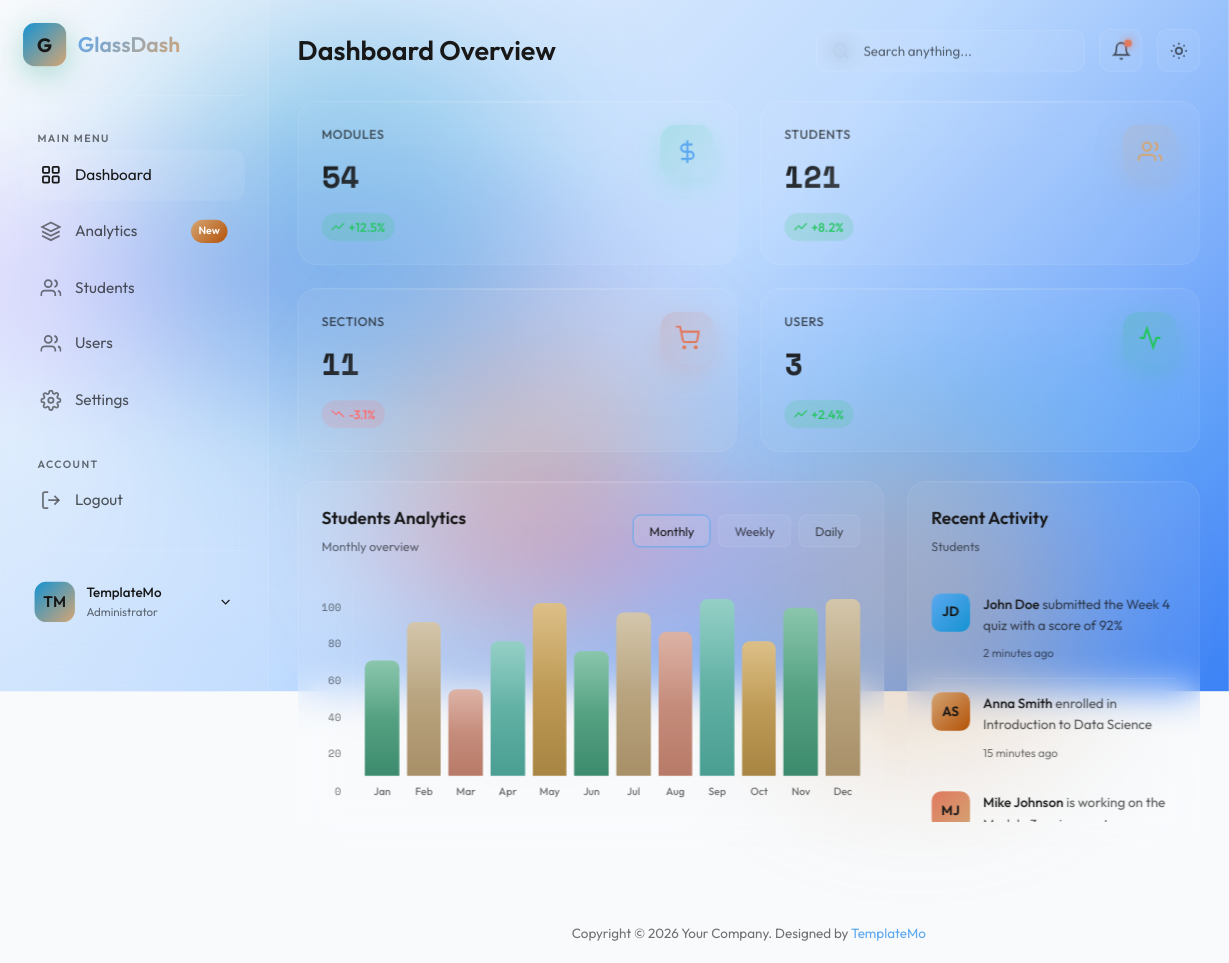
Repository: JetSpy-404/Storyboarding
Page: index.html
The author's editor kept a copy of each file at every save. The page is drawn from the files as they stood at one save, then again after the next save.
The browser window is 1280 px wide. The pictures show the whole page, at 96% of full size.

Above is the page before, as saved 2026-03-30 08:12:55.

After the next save:
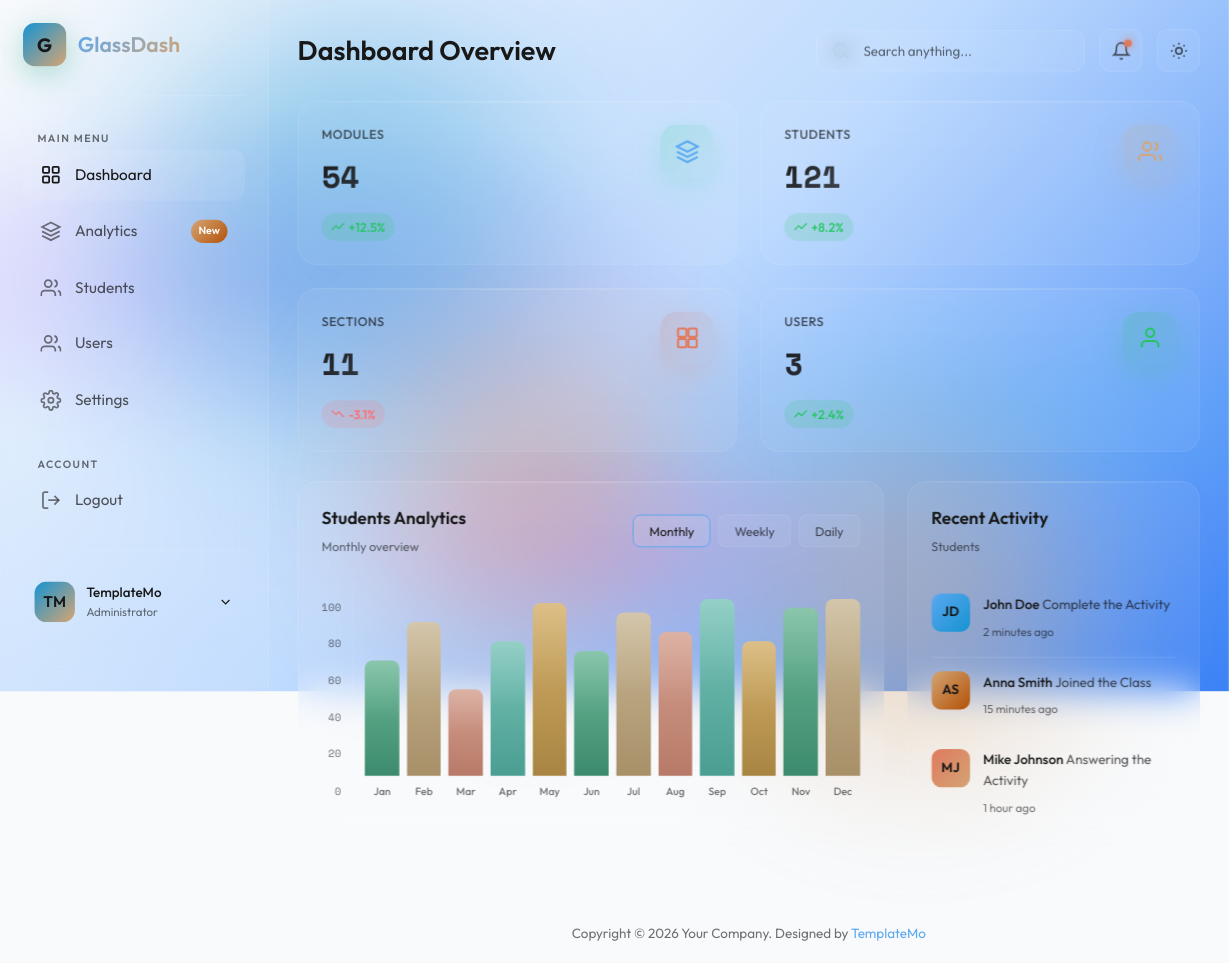
Saved 2 min 37 s later.
--- a/index.html
+++ b/index.html
@@ -170,7 +170,9 @@ https://templatemo.com/tm-607-glass-admin
                         </div>
                         <div class="stat-icon cyan">
                             <svg viewBox="0 0 24 24" fill="none" stroke="var(--emerald-light)" stroke-width="2">
-                                <line x1="12" y1="1" x2="12" y2="23"/><path d="M17 5H9.5a3.5 3.5 0 0 0 0 7h5a3.5 3.5 0 0 1 0 7H6"/>
+                                <polygon points="12 2 2 7 12 12 22 7 12 2"/>
+                                <polyline points="2 17 12 22 22 17"/>
+                                <polyline points="2 12 12 17 22 12"/>
                             </svg>
                         </div>
                     </div>
@@ -188,8 +190,10 @@ https://templatemo.com/tm-607-glass-admin
                         </div>
                         <div class="stat-icon magenta">
                             <svg viewBox="0 0 24 24" fill="none" stroke="var(--gold)" stroke-width="2">
-                                <path d="M17 21v-2a4 4 0 0 0-4-4H5a4 4 0 0 0-4 4v2"/><circle cx="9" cy="7" r="4"/>
-                                <path d="M23 21v-2a4 4 0 0 0-3-3.87"/><path d="M16 3.13a4 4 0 0 1 0 7.75"/>
+                                <path d="M17 21v-2a4 4 0 0 0-4-4H5a4 4 0 0 0-4 4v2"/>
+                                <circle cx="9" cy="7" r="4"/>
+                                <path d="M23 21v-2a4 4 0 0 0-3-3.87"/>
+                                <path d="M16 3.13a4 4 0 0 1 0 7.75"/>
                             </svg>
                         </div>
                     </div>
@@ -207,8 +211,10 @@ https://templatemo.com/tm-607-glass-admin
                         </div>
                         <div class="stat-icon purple">
                             <svg viewBox="0 0 24 24" fill="none" stroke="var(--coral)" stroke-width="2">
-                                <circle cx="9" cy="21" r="1"/><circle cx="20" cy="21" r="1"/>
-                                <path d="M1 1h4l2.68 13.39a2 2 0 0 0 2 1.61h9.72a2 2 0 0 0 2-1.61L23 6H6"/>
+                                <rect x="3" y="3" width="8" height="8" rx="1"/>
+                                <rect x="13" y="3" width="8" height="8" rx="1"/>
+                                <rect x="3" y="13" width="8" height="8" rx="1"/>
+                                <rect x="13" y="13" width="8" height="8" rx="1"/>
                             </svg>
                         </div>
                     </div>
@@ -226,7 +232,8 @@ https://templatemo.com/tm-607-glass-admin
                         </div>
                         <div class="stat-icon success">
                             <svg viewBox="0 0 24 24" fill="none" stroke="var(--success)" stroke-width="2">
-                                <polyline points="22 12 18 12 15 21 9 3 6 12 2 12"/>
+                                <path d="M20 21v-2a4 4 0 0 0-4-4H8a4 4 0 0 0-4 4v2"/>
+                                <circle cx="12" cy="7" r="4"/>
                             </svg>
                         </div>
                     </div>
@@ -288,35 +295,35 @@ https://templatemo.com/tm-607-glass-admin
                         <div class="activity-item">
                             <div class="activity-avatar" style="background: linear-gradient(135deg, var(--emerald-light), var(--emerald));">JD</div>
                             <div class="activity-content">
-                                <p class="activity-text"><strong>John Doe</strong> submitted the Week 4 quiz with a score of 92%</p>
+                                <p class="activity-text"><strong>John Doe</strong> Complete the Activity</p>
                                 <span class="activity-time">2 minutes ago</span>
                             </div>
                         </div>
                         <div class="activity-item">
                             <div class="activity-avatar" style="background: linear-gradient(135deg, var(--gold), var(--amber));">AS</div>
                             <div class="activity-content">
-                                <p class="activity-text"><strong>Anna Smith</strong> enrolled in Introduction to Data Science</p>
+                                <p class="activity-text"><strong>Anna Smith</strong> Joined the Class</p>
                                 <span class="activity-time">15 minutes ago</span>
                             </div>
                         </div>
                         <div class="activity-item">
                             <div class="activity-avatar" style="background: linear-gradient(135deg, var(--coral), var(--gold));">MJ</div>
                             <div class="activity-content">
-                                <p class="activity-text"><strong>Mike Johnson</strong> is working on the Module 3 assignment</p>
+                                <p class="activity-text"><strong>Mike Johnson</strong> Answering the Activity</p>
                                 <span class="activity-time">1 hour ago</span>
                             </div>
                         </div>
                         <div class="activity-item">
                             <div class="activity-avatar" style="background: linear-gradient(135deg, var(--success), var(--emerald));">EW</div>
                             <div class="activity-content">
-                                <p class="activity-text"><strong>Emily White</strong> joined the live Q&amp;A session for Advanced Math</p>
+                                <p class="activity-text"><strong>Emily White</strong> Online.</p>
                                 <span class="activity-time">2 hours ago</span>
                             </div>
                         </div>
                         <div class="activity-item">
                             <div class="activity-avatar" style="background: linear-gradient(135deg, var(--warning), var(--gold));">RB</div>
                             <div class="activity-content">
-                                <p class="activity-text"><strong>Robert Brown</strong> completed all pending tasks for this week</p>
+                                <p class="activity-text"><strong>Robert Brown</strong> Complete the Tasks.</p>
                                 <span class="activity-time">3 hours ago</span>
                             </div>
                         </div>
